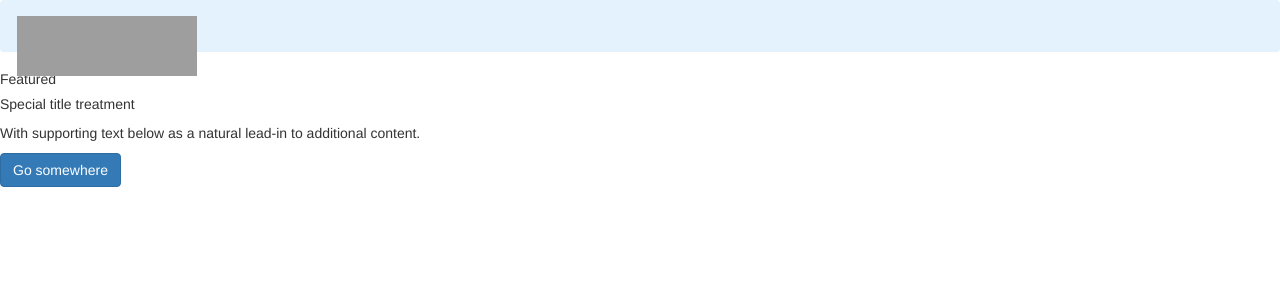
Repository: karengiovanna/SpringMVC
Page: http://localhost/CadastroTitulo
An editor plug-in stored every save of this project. The page is shown before and after the next save, followed by the edit.
The browser window is 1280 px wide. The pictures show the whole page.
Pictures or frames that could not be fetched are drawn as grey boxes. The page is this project's Thymeleaf template; nobody is signed in. The template is opened directly, without the code that normally fills it, so the values that code supplies are empty.

Above is the page before, as saved 2021-09-10 16:15:35.
Console error (its wording comes from the project's code and is left out).

### cobranca/src/main/resources/templates/CadastroTitulo.html
<!DOCTYPE html>
<html xmlns="http://www.w3.org/1999/xhtml"> <!-- html do tipo de que tudo que abre precisa fechar -->
	<head>
		<meta charset="UTF-8"/>
		<title>Cadastro de título</title>
		<link rel="stylesheet" type="text/css" href="/css/bootstrap.min.css">
		<link rel="stylesheet" type="text/css" href="/css/style.css">

	</head>

	<body>

		<!-- Just an image -->
		<nav class="navbar navbar-light " style="background-color: #e3f2fd;">
		  <a class="navbar-brand" href="#">
		    <img src="/images/logo-algaworks.png" width="180" height="60" alt="">
		  </a>
		</nav>

		<form class = "form-horizontal">
			<div class="card">
		  		<h5 class="card-header">Featured</h5>
			  	<div class="card-body">
			    <h5 class="card-title">Special title treatment</h5>
			    <p class="card-text">With supporting text below as a natural lead-in to additional content.</p>
			    <a href="#" class="btn btn-primary">Go somewhere</a>
			  </div>
			</div>
		</form>

		<script src= "/js/bootstrap.min.js"></script>
	</body>
</html>

### cobranca/src/main/resources/static/css/style.css
.navbar-brand{
	padding-left: 16px;

}

Loaded but not shown: cobranca/src/main/resources/static/css/bootstrap.min.css (library); cobranca/src/main/resources/static/js/bootstrap.min.js (library)

After the next save:
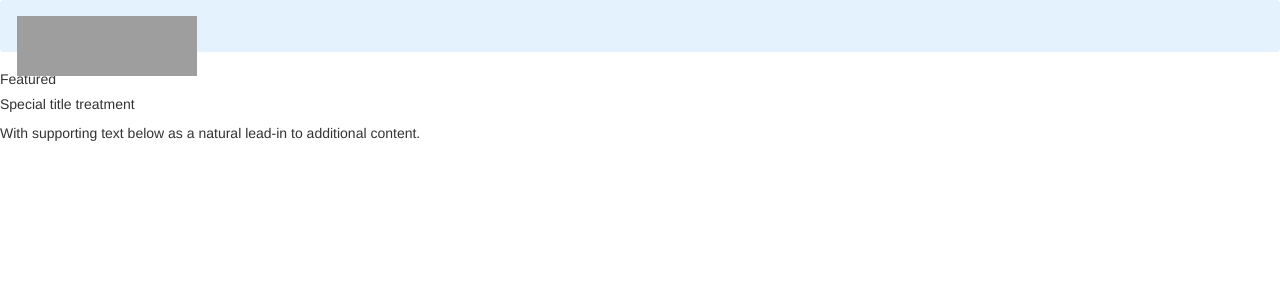
Saved 18 s later.
--- a/cobranca/src/main/resources/templates/CadastroTitulo.html
+++ b/cobranca/src/main/resources/templates/CadastroTitulo.html
@@ -23,7 +23,6 @@
 			  	<div class="card-body">
 			    <h5 class="card-title">Special title treatment</h5>
 			    <p class="card-text">With supporting text below as a natural lead-in to additional content.</p>
-			    <a href="#" class="btn btn-primary">Go somewhere</a>
 			  </div>
 			</div>
 		</form>
